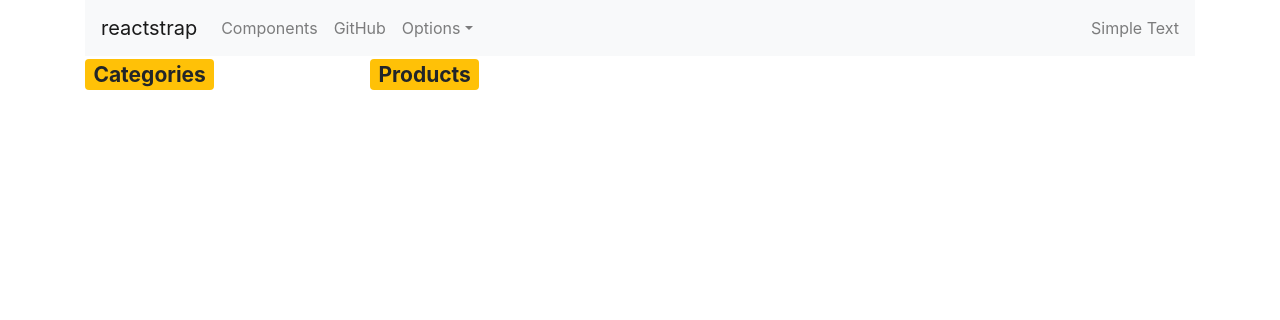
Repository: asarikaya/redux_try_app
Page: /products
These files come from the project's save history. The page is drawn as it stood at one moment and after the next save; the edit follows.
The browser window is 1280 px wide. The pictures show the whole page.
The page's requests for data from a server got no answer. The project was rebuilt for these pictures with package versions that can differ from the ones it lists, and the page was loaded fresh each time. No one was signed in, and anything a server would have sent is missing.

Above is the page before, as saved 2020-02-28 13:48:35.

After the next save:
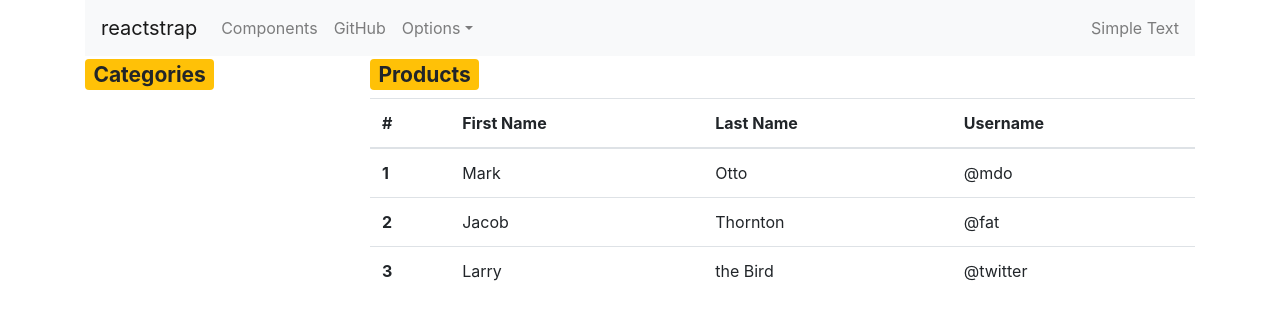
Saved 2 min 15 s later.
--- a/src/components/products/ProductList.js
+++ b/src/components/products/ProductList.js
@@ -1,13 +1,12 @@
 import React, { Component } from "react";
 import { connect } from "react-redux";
-import { Badge } from "reactstrap";
+import { Badge, Table } from "reactstrap";
 import { bindActionCreators } from "redux";
-import * as productActions from "../../redux/actions/productActions"
+import * as productActions from "../../redux/actions/productActions";
 
 class ProductList extends Component {
-
-  componentDidMount(){
-    this.props.actions.getProducts()
+  componentDidMount() {
+    this.props.actions.getProducts();
   }
 
   render() {
@@ -19,6 +18,36 @@ class ProductList extends Component {
             {this.props.currentCategory.categoryName}
           </Badge>
         </h3>
+        <Table>
+          <thead>
+            <tr>
+              <th>#</th>
+              <th>First Name</th>
+              <th>Last Name</th>
+              <th>Username</th>
+            </tr>
+          </thead>
+          <tbody>
+            <tr>
+              <th scope="row">1</th>
+              <td>Mark</td>
+              <td>Otto</td>
+              <td>@mdo</td>
+            </tr>
+            <tr>
+              <th scope="row">2</th>
+              <td>Jacob</td>
+              <td>Thornton</td>
+              <td>@fat</td>
+            </tr>
+            <tr>
+              <th scope="row">3</th>
+              <td>Larry</td>
+              <td>the Bird</td>
+              <td>@twitter</td>
+            </tr>
+          </tbody>
+        </Table>
       </div>
     );
   }
@@ -34,10 +63,7 @@ function mapStateToProps(state) {
 function mapDispatchToProps(dispatch) {
   return {
     actions: {
-      getProducts: bindActionCreators(
-        productActions.getProducts,
-        dispatch
-      )
+      getProducts: bindActionCreators(productActions.getProducts, dispatch)
     }
   };
 }
